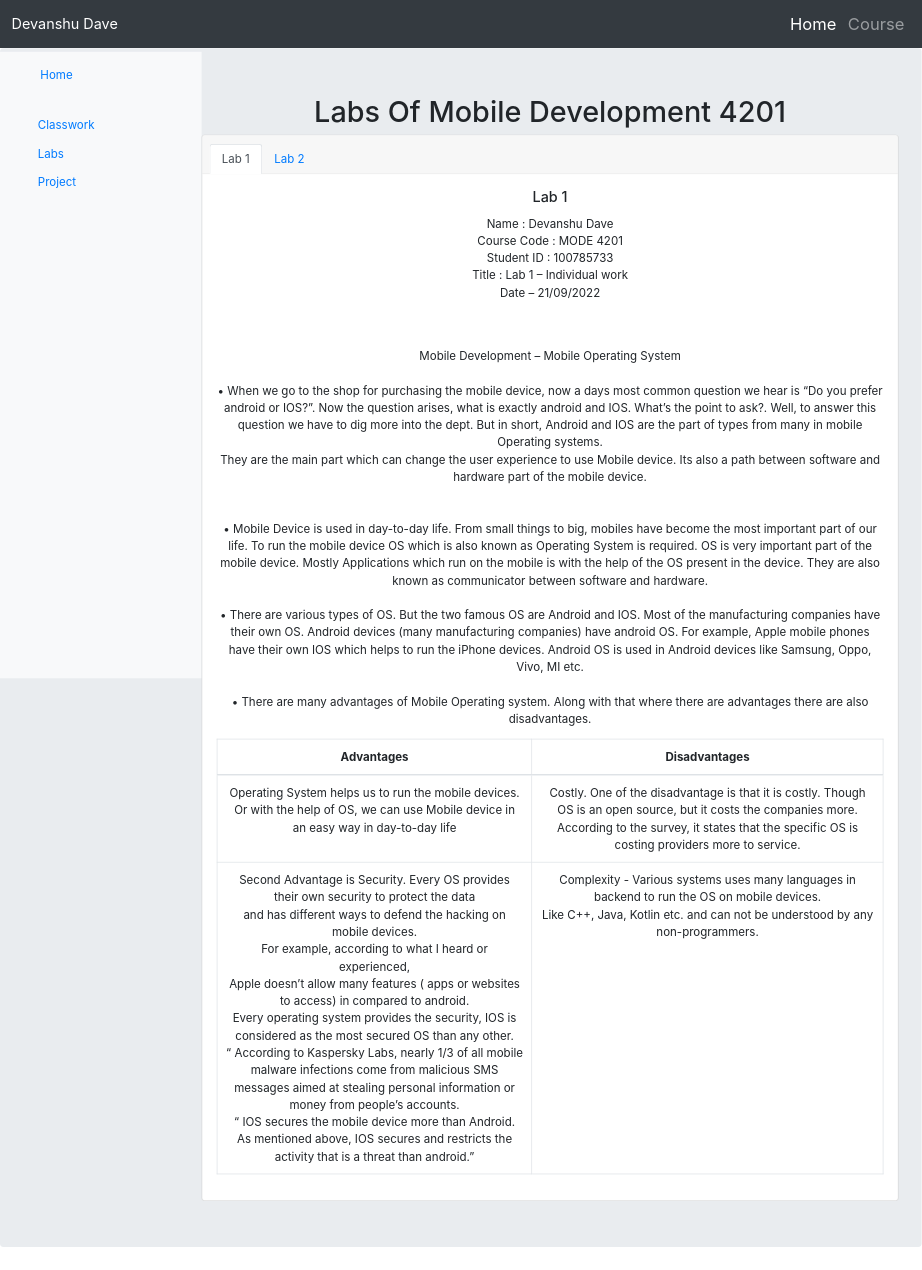
Repository: devanshudave1901/Mobile-Dev-Website
Page: labs.html
An editor plug-in stored every save of this project. The page is shown before and after the next save, followed by the edit.
The browser window is 1280 px wide. The pictures show the whole page, at 72% of full size.
Some web libraries are served in a nearby version.

Above is the page before, as saved 2022-10-05 15:45:31.

### labs.html
<!DOCTYPE html>
<html lang="en">
  <head>
    <meta charset="UTF-8" />
    <meta http-equiv="X-UA-Compatible" content="IE=edge" />
    <meta name="viewport" content="width=device-width, initial-scale=1.0" />
    <link
      rel="stylesheet"
      href="https://cdn.jsdelivr.net/npm/bootstrap@4.0.0/dist/css/bootstrap.min.css"
      integrity="sha384-Gn5384xqQ1aoWXA+058RXPxPg6fy4IWvTNh0E263XmFcJlSAwiGgFAW/dAiS6JXm"
      crossorigin="anonymous"
    />
    <link
      href="https://maxcdn.bootstrapcdn.com/font-awesome/4.2.0/css/font-awesome.min.css"
      rel="stylesheet"
    />
    <link rel="stylesheet" href="./css/style.css" />

    <style>
      .navbar-nav {
        margin-left: auto;
        font-size: 23px;
      }
      .welcomeHeading {
        text-shadow: 2px 2px red;
        text-align: center;
      }
      .welcomeText {
        text-align: center;
        font-family: "Sofia", sans-serif;
      }
      .featurette-heading {
        font-weight: 300;
        line-height: 1;
        letter-spacing: -0.05rem;
        margin-top: 20%;
      }
      .profileIamge {
        width: 250px;

        left: 300px;
      }
      .mobileDevProfile {
        margin-top: 10%;
        left: 100px;
      }
      .main {
        display: flex;
        flex-wrap: nowrap;
        height: 100vh;
        height: -webkit-fill-available;
        max-height: 100vh;
        overflow-x: auto;
        overflow-y: hidden;
      }
      .sideBar {
        height: 870px;
      }
    </style>
    <script
      src="https://code.jquery.com/jquery-3.2.1.slim.min.js"
      integrity="sha384-KJ3o2DKtIkvYIK3UENzmM7KCkRr/rE9/Qpg6aAZGJwFDMVNA/GpGFF93hXpG5KkN"
      crossorigin="anonymous"
    ></script>
    <script
      src="https://cdn.jsdelivr.net/npm/popper.js@1.12.9/dist/umd/popper.min.js"
      integrity="sha384-ApNbgh9B+Y1QKtv3Rn7W3mgPxhU9K/ScQsAP7hUibX39j7fakFPskvXusvfa0b4Q"
      crossorigin="anonymous"
    ></script>
    <script
      src="https://cdn.jsdelivr.net/npm/bootstrap@4.0.0/dist/js/bootstrap.min.js"
      integrity="sha384-JZR6Spejh4U02d8jOt6vLEHfe/JQGiRRSQQxSfFWpi1MquVdAyjUar5+76PVCmYl"
      crossorigin="anonymous"
    ></script>
    <title>Mobile Development - Lab 2</title>
  </head>
  <body>
    <div id="navBar">
      <nav class="navbar sticky-top navbar-expand-lg navbar-dark bg-dark">
        <a class="navbar-brand" href="#">Devanshu Dave</a>

        <div class="collapse navbar-collapse" id="navbarNavDropdown">
          <ul class="navbar-nav" mr-auto>
            <li class="nav-item active">
              <a class="nav-link" href="./index.html"
                >Home <span class="sr-only">(current)</span></a
              >
            </li>
            <li class="nav-item">
              <a class="nav-link" href="./course.html">Course</a>
            </li>
          </ul>
        </div>
      </nav>
    </div>
    <div id="sideBar">
        <div
        class="d-flex flex-column flex-shrink-0 p-3 bg-light sideBar"
        style="width: 280px"
      >
        <a
          href="/"
          class="d-flex align-items-center mb-3 mb-md-0 me-md-auto link-dark text-decoration-none"
        >
          <svg class="bi me-2" width="40" height="32">
            <use xlink:href="#bootstrap" />
          </svg>
          <span class="fs-4">Home</span>
        </a>
        <hr />
        <ul class="nav nav-pills flex-column mb-auto">
          <li>
            <a href="index.html" class="nav-link link-dark">
              <svg class="bi me-2" width="16" height="16">
                <use xlink:href="#table" />
              </svg>
              Classwork
            </a>
          </li>
          <li class="nav-item">
            <a href="labs.html" class="nav-link" aria-current="page">
              <svg class="bi me-2" width="16" height="16">
                <use xlink:href="#home" />
              </svg>
              Labs
            </a>
          </li>
          <li>
            <a href="#" class="nav-link link-dark">
              <svg class="bi me-2" width="16" height="16">
                <use xlink:href="#speedometer2" />
              </svg>
              Project
            </a>
          </li>
        </ul>
        <hr />
      </div>
      <br />
      <br />
      <br />
    </div></div>
    <div id="mainBar">
        <div class="jumbotron">
        <h1>Labs Of Mobile Development 4201</h1>

        <div class="card text-center">
            <div class="card-header">
              <ul class="nav nav-tabs card-header-tabs">
                <li class="nav-item">
                  <a class="nav-link active" href="">Lab 1</a>
                </li>
                <li class="nav-item">
                  <a class="nav-link" href="#">Lab 2</a>
                </li>

              </ul>
            </div>
            <div class="card-body">
              <h5 class="card-title">Lab 1</h5>
              <p class="card-text">
                Name : Devanshu Dave <br/>
				Course Code : MODE 4201<br/>
				Student ID : 100785733<br/>
				Title : Lab 1 – Individual work<br/>
				Date – 21/09/2022<br/>

              </p>
              <br/>
              <br/>
              <p>
                Mobile Development – Mobile Operating System<br/><br/>

                •	When we go to the shop for purchasing the mobile device, now a days most common question we hear is “Do you prefer android or IOS?”. Now the question arises, what is exactly android and IOS. What’s the point to ask?. Well, to answer this question we have to dig more into the dept. But in short, Android and IOS are the part of types from many in mobile Operating systems. <br/>They are the main part which can change the user experience to use Mobile device. Its also a path between software and hardware part of the mobile device. <br/><br/><br/>
                •	Mobile Device is used in day-to-day life. From small things to big, mobiles have become the most important part of our life. To run the mobile device OS which is also known as Operating System is required. OS is very important part of the mobile device. Mostly Applications which run on the mobile is with the help of the OS present in the device. They are also known as communicator between software and hardware.<br/><br/>
                •	 There are various types of OS. But the two famous OS are Android and IOS. Most of the manufacturing companies have their own OS. Android devices (many manufacturing companies) have android OS. For example, Apple mobile phones have their own IOS which helps to run the iPhone devices. Android OS is used in Android devices like Samsung, Oppo, Vivo, MI etc.<br/><br/>
                •	 There are many advantages of Mobile Operating system. Along with that where there are advantages there are also disadvantages. <br/>

              </p>
              <table class="table table-bordered">
                <thead>
                  <tr>

                    <th scope="col">Advantages</th>
                    <th scope="col">Disadvantages</th>

                  </tr>
                </thead>
                <tbody>
                  <tr>

                    <td>Operating System helps us to run the mobile devices.
                         Or with the help of OS, we can use Mobile device in an
                         easy way in day-to-day life</td>
                    <td>Costly. One of the disadvantage is that it is costly.
                        Though OS is an open source, but it costs the companies more.
                         According to the survey, it states that the specific OS is costing providers more to service.</td>
                  </tr>
                  <tr>
                    <td>Second Advantage is Security. Every OS provides their own security to protect the data  <br/>and has different ways to defend the hacking on mobile devices.
                        <br/> For example, according to what I heard or experienced,<br/> Apple doesn’t allow many features ( apps or websites to access) in compared to android.<br/>
                         Every operating system provides the security, IOS is considered as the most secured OS than any other.
                         <br/>   “ According to Kaspersky Labs, nearly 1/3 of all mobile malware infections come from malicious SMS messages aimed at stealing personal information or money from people’s accounts. <br/>“ IOS secures the mobile device more than Android.
                         As mentioned above, IOS secures and restricts the activity that is a threat than android.”</td>
                    <td>  Complexity -  Various systems uses many languages in backend to run the OS on mobile devices.
                        <br/>  Like C++, Java, Kotlin etc. and can not be understood by any non-programmers.</td>
                  </tr>

                </tbody>
              </table>
            </div>
          </div>
      </div></div>
  </body>
</html>

### css/style.css
#sideBar {
  height: 570px;
  margin-top: 5px;
  float: left;
  /* text-align: center; */
}

#mainBar {
  text-align: center;
}

After the next save:
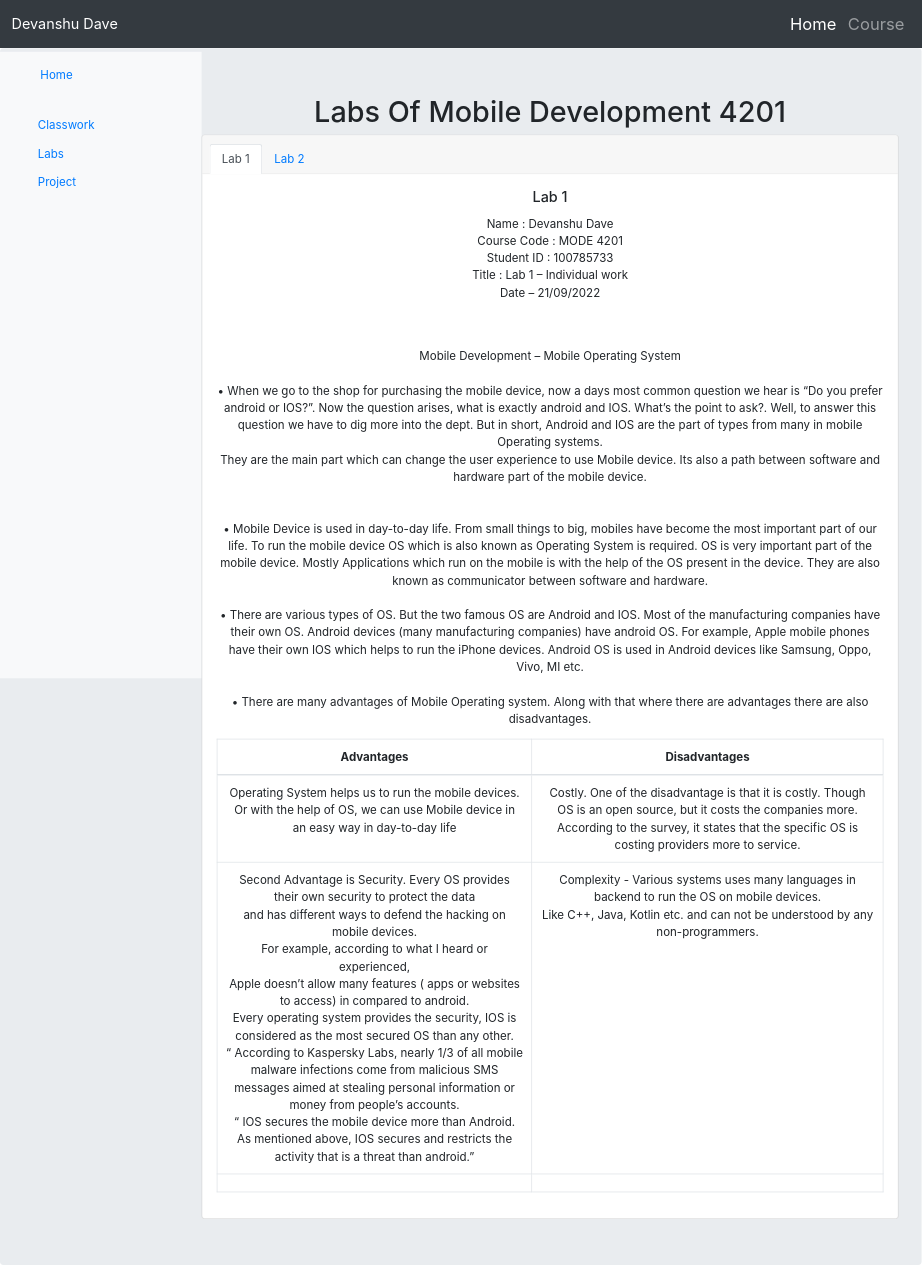
Saved 49 s later.
--- a/labs.html
+++ b/labs.html
@@ -205,7 +205,10 @@
                     <td>  Complexity -  Various systems uses many languages in backend to run the OS on mobile devices.
                         <br/>  Like C++, Java, Kotlin etc. and can not be understood by any non-programmers.</td>
                   </tr>
-
+                  <tr>
+                    <td></td>
+                    <td>
+                  </tr>
                 </tbody>
               </table>
             </div>
